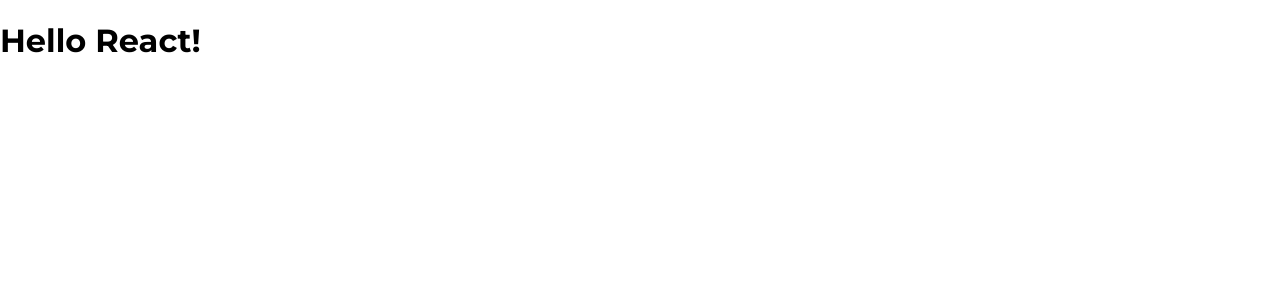
Repository: CarlosEduardoVdeOliveira/cine-tag
Page: /
The author's editor kept a copy of each file at every save. The page is drawn from the files as they stood at one save, then again after the next save.
The browser window is 1280 px wide. The pictures show the whole page.
The project was rebuilt for these pictures with package versions that can differ from the ones it lists, and the page was loaded fresh each time.

Above is the page before, as saved 2023-09-15 14:03:48.

### public/index.html
<!DOCTYPE html>
<html lang="en">
  <head>
    <meta charset="utf-8" />
    <link rel="icon" href="%PUBLIC_URL%/logo.png" />
    <meta name="viewport" content="width=device-width, initial-scale=1" />
    <meta name="theme-color" content="#000000" />
    <meta
      name="description"
      content="Web site created using create-react-app"
    />
    <link rel="preconnect" href="https://fonts.googleapis.com">
    <link rel="preconnect" href="https://fonts.gstatic.com" crossorigin>
    <link href="https://fonts.googleapis.com/css2?family=Montserrat:wght@400;500;700&display=swap" rel="stylesheet">
    <title>Cine Tag</title>
  </head>
  <body>
    <noscript>You need to enable JavaScript to run this app.</noscript>
    <div id="root"></div>
  </body>
</html>

### src/index.js
import React from 'react';
import ReactDOM from 'react-dom/client';
import './index.css';
const root = ReactDOM.createRoot(document.getElementById('root'));
root.render(
  <React.StrictMode>
    <h1>Hello React!</h1>
  </React.StrictMode>
);

### src/index.css
:root{
  --fonte: 'Montserrat', sans-serif;
  --white: white;
  --black: black;
  --gray: gray;
}
body {
  margin: 0;
  font-family: var(--fonte);
  background-color: var(--withe);
  -webkit-font-smoothing: antialiased;
  -moz-osx-font-smoothing: grayscale;
}

code {
  font-family: source-code-pro, Menlo, Monaco, Consolas, 'Courier New',
    monospace;
}

After the next save:
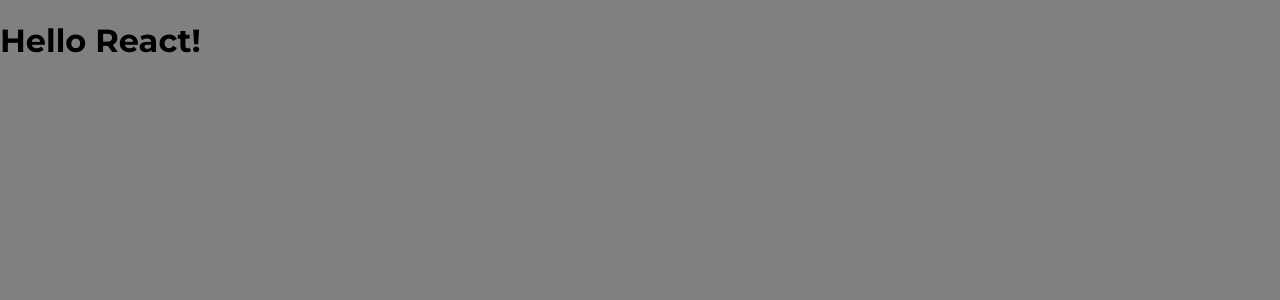
Saved 40 s later.
--- a/src/index.css
+++ b/src/index.css
@@ -7,7 +7,7 @@
 body {
   margin: 0;
   font-family: var(--fonte);
-  background-color: var(--withe);
+  background-color: var(--gray);
   -webkit-font-smoothing: antialiased;
   -moz-osx-font-smoothing: grayscale;
 }

After the save that followed:
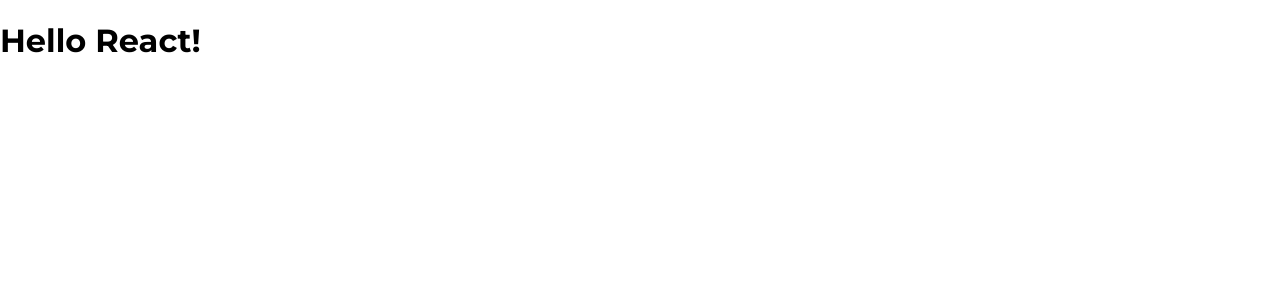
Saved 22 s later.
--- a/src/index.css
+++ b/src/index.css
@@ -2,12 +2,12 @@
   --fonte: 'Montserrat', sans-serif;
   --white: white;
   --black: black;
-  --gray: gray;
+  --gray: #E2E2E2;
 }
 body {
   margin: 0;
   font-family: var(--fonte);
-  background-color: var(--gray);
+  background-color: var(--withe);
   -webkit-font-smoothing: antialiased;
   -moz-osx-font-smoothing: grayscale;
 }
